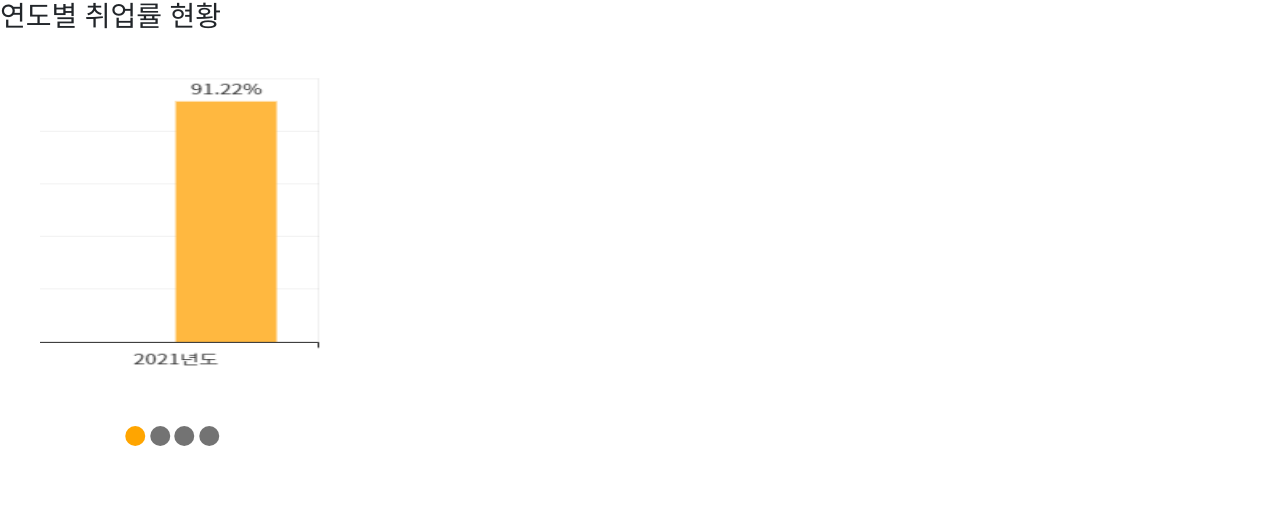
Repository: JavaJin96/kr.or.ddit.HighJava
Page: http://localhost/TeamProjectDCUM/work_psj/iframe_psj/getwork.jsp
An editor plug-in stored every save of this project. The page is shown before and after the next save, followed by the edit.
The browser window is 1280 px wide. The pictures show the whole page.
The page is served by Tomcat 9.

Above is the page before, as saved 2022-02-16 01:21:23.

After the next save:
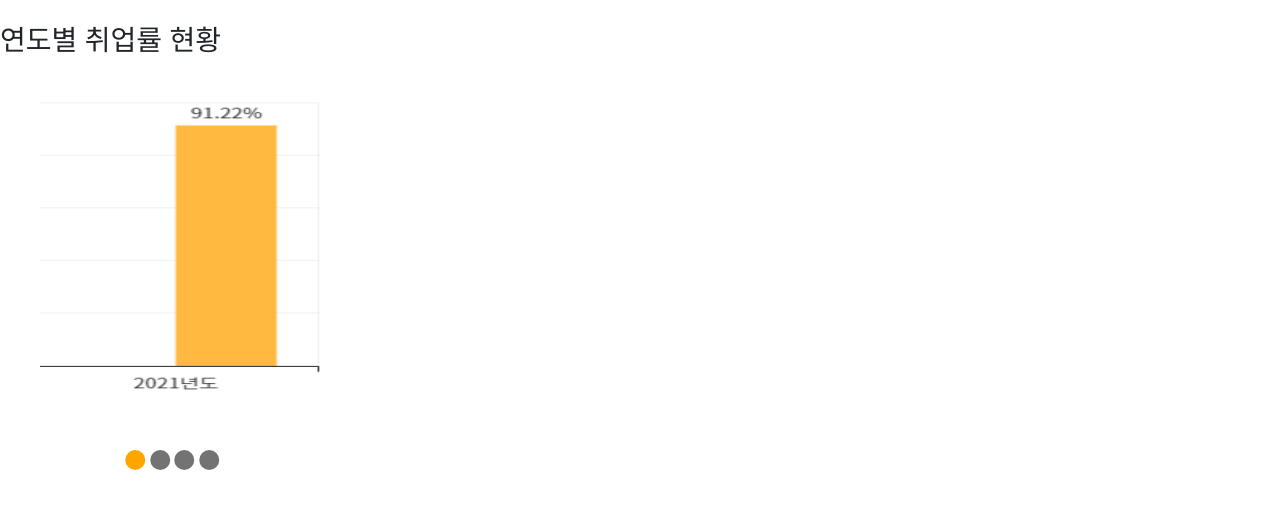
Saved 21 s later.
--- a/3.Highjava/workspace/TeamProjectDCUM/WebContent/work_psj/iframe_psj/getwork.jsp
+++ b/3.Highjava/workspace/TeamProjectDCUM/WebContent/work_psj/iframe_psj/getwork.jsp
@@ -106,7 +106,7 @@ ul.imgs li{
 
 </head>
 <body>
-	<h3>   연도별 취업률 현황</h3>
+	&nbsp;&nbsp;&nbsp;<h3>연도별 취업률 현황</h3>
 	<div class="slider" targer="ifr">
 	    <input type="radio" name="slide" id="slide1" checked>
 	    <input type="radio" name="slide" id="slide2">
